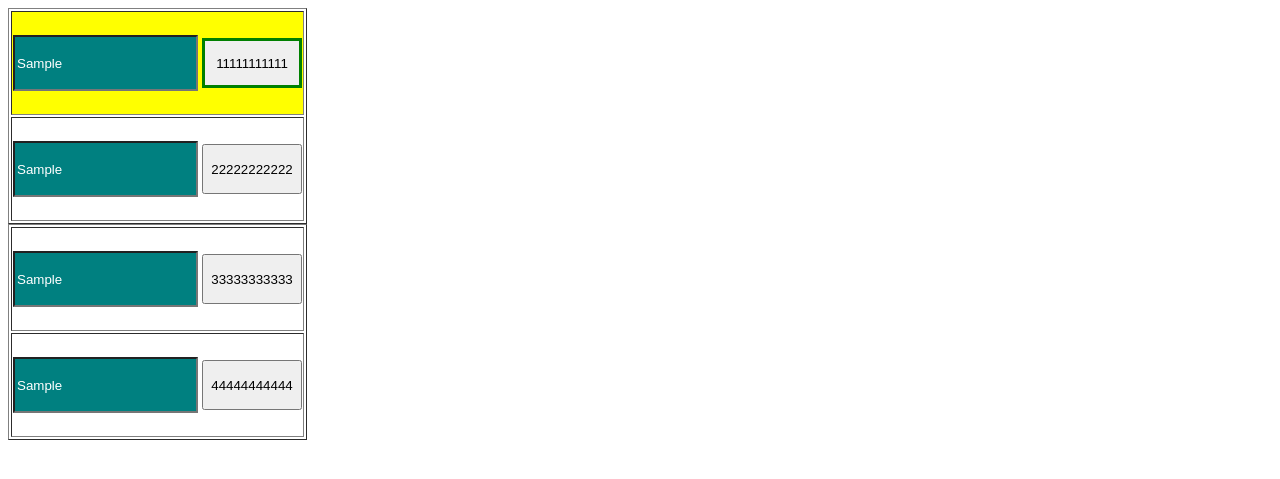
Repository: AgentHyun/FishDalle3
Page: Feb14_1_jQuery/WebContent/2_DOM_Select.html
An editor plug-in stored every save of this project. The page is shown before and after the next save, followed by the edit.
The browser window is 1280 px wide. The pictures show the whole page.
Empty fields were first filled with sample values (such as "Sample", 5 or name@example.com).
After loading, the first visible `td` was clicked once.

Above is the page before, as saved 2025-02-14 03:06:51.

### Feb14_1_jQuery/WebContent/2_DOM_Select.html
<!DOCTYPE html>
<html>
<head>
<meta charset="UTF-8">

<style type = "text/css">
td {height : 100px;}
input {height : 50px;
       background-color : teal;
       color : white;}
button {width : 100px; height : 50px;}



</style>
<title>Insert title here</title>
<script type = "text/javascript" src = "jQuery.js"></script>
<script type = "text/javascript">
$(function(){

   //선택자를 지정하지 않았을 때 특정 DOM객체를
   //어떻게 찾아낼 것인가
   $("button").click(function(){

           // $(this) : 클릭이벤트의 발생함수를 호출한 장본인
           //    누른 버튼만 해당하는 명령을 실행하도록!
           $(this).css("background-color", "white");


           //누른 버튼이 있는 td에 배경색을 주기
           //parent() : 내가 누른 this의 한단계 상위 DOM객체
           // cf) 한단계 하위 객체 : children()
           $(this).parent().css("background-color", "pink");
         //  $(this).parent().parent().parent().css("border","1px solid blue");


           // 누른 버튼이 있는 table의 테두리를 파란색으로

          //closest("CSS선택자") : 상위에 있는 것 중에서 가장 가까운 CSS선택자
          $(this).closest("table").css("border", "blue solid 3px");
          //cf) find("CSS선택자") : 하위객체 중에서 특정한(CSS선택자)









   });


    $("td").click(function(){

    	 //td를 클릭했을 때 누른 td의 배경색을 노란색
 	  $(this).css("background-color", "yellow");
 	// td를 클릭했을 때 그 td속에 있는 모든 것들의 배경색을 핑크색
 	 /*  $(this).find("input").css("background-color", "pink");
 	 $(this).find("button").css("background-color", "pink");
	  $(this).css("background-color", "pink");
	  */
	  $(this).find().css("background-color", " pink");



 	 //  $(this).css("background-color", "pink");

    	 // td를 클릭했을 때 그 td속에 들어있는 버튼의 테두리색 (색자유)
 	 $(this).find("button").css("border", "3px solid green");





    });
    // input에 쓴 글자가 (입력하고 버튼 눌렀을 때)
    //해당 input과 동일선상에 있는 button의 글자색이 되도록
    $("button").click(function(){
    	$(this).$("input").css("color", "orange");


    });




});




</script>

</head>
<body>

<table border= "1">
<tr><td><input> <button>11111111111</button></td></tr>
<tr><td><input> <button>22222222222</button></td></tr>


</table>
<table border= "1">
<tr><td><input> <button>33333333333</button></td></tr>
<tr><td><input> <button>44444444444</button></td></tr>


</table>




</body>
</html>

Loaded but not shown: Feb14_1_jQuery/WebContent/jQuery.js (library)

After the next save:
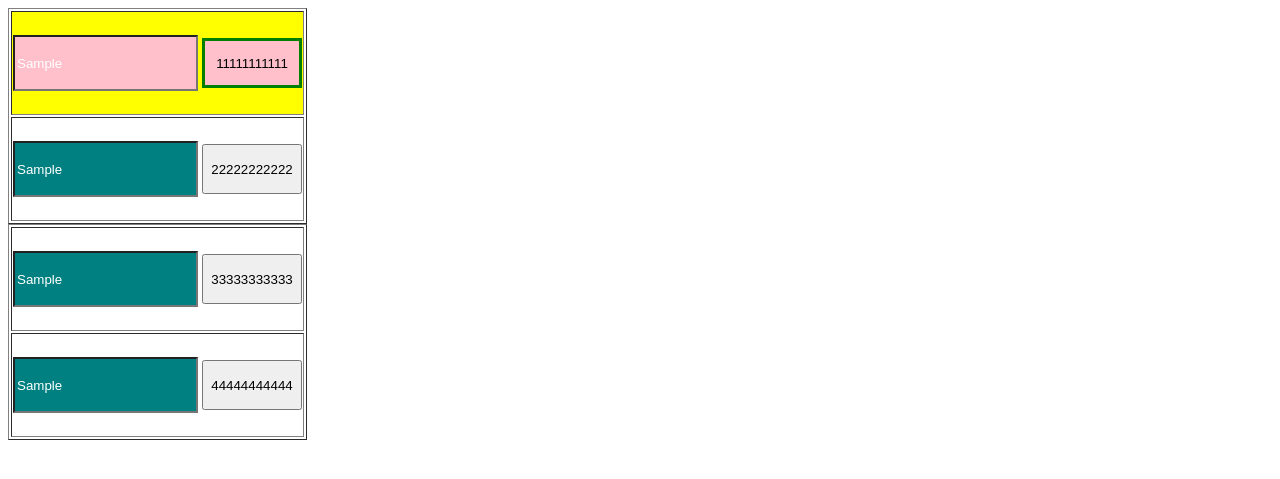
Saved 6 min 1 s later.
--- a/Feb14_1_jQuery/WebContent/2_DOM_Select.html
+++ b/Feb14_1_jQuery/WebContent/2_DOM_Select.html
@@ -60,7 +60,7 @@ $(function(){
  	 $(this).find("button").css("background-color", "pink");
 	  $(this).css("background-color", "pink");
 	  */
-	  $(this).find().css("background-color", " pink");
+	  $(this).children().css("background-color", " pink");
 
 
 
@@ -77,7 +77,7 @@ $(function(){
     // input에 쓴 글자가 (입력하고 버튼 눌렀을 때)
     //해당 input과 동일선상에 있는 button의 글자색이 되도록
     $("button").click(function(){
-    	$(this).$("input").css("color", "orange");
+
 
 
     });
